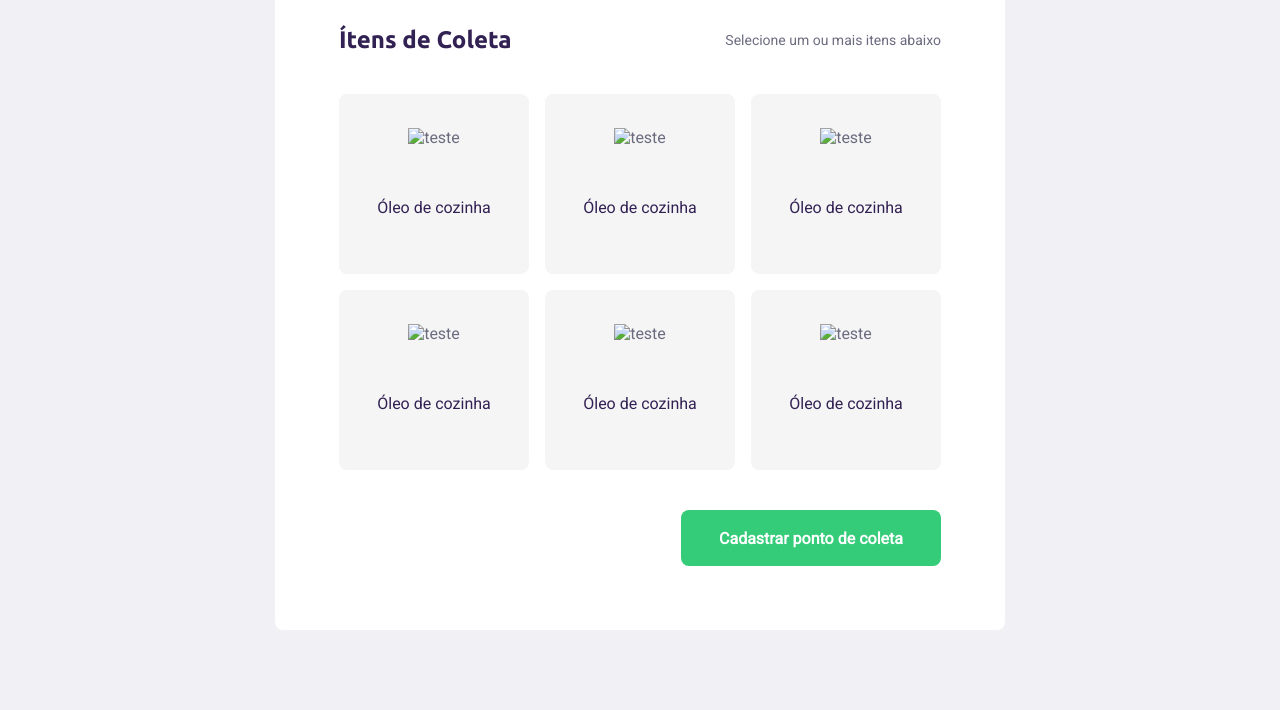
Repository: DavidSamerson/NLW_treinamento_2020
Page: /CreatePoint (app in webapp/)
These files come from the project's save history. The page is drawn as it stood at one moment and after the next save; the edit follows.
The browser window is 1280 px wide. The pictures show the part of the page from y = 1291 to 2001 px (the page is 2001 px tall before and 1625 px after).
The page's requests for data from a server got no answer. Some web libraries are served in a nearby version. The project was rebuilt for these pictures with package versions that can differ from the ones it lists, and the page was loaded fresh each time. No one was signed in, and anything a server would have sent is missing. Also part of the build but not shown: webapp/src/pages/Home/styles.css, webapp/src/pages/Home/index.tsx.

Above is the page before, as saved 2020-06-16 16:57:33.

After the next save:
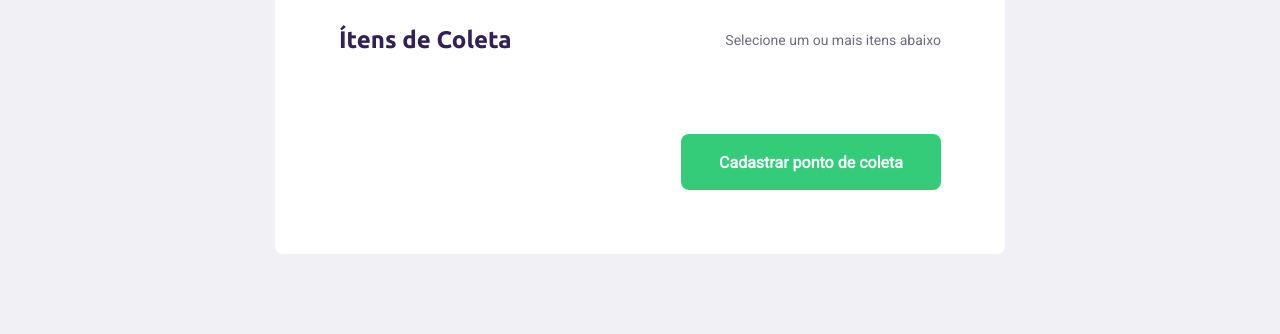
Saved 3 min 50 s later.
--- a/webapp/src/pages/CreatePoint/index.tsx
+++ b/webapp/src/pages/CreatePoint/index.tsx
@@ -112,30 +112,14 @@ const CreatePoint = () => {
                         <span>Selecione um ou mais itens abaixo</span>
                     </legend>
                     <ul className="items-grid">
-                        <li>
-                            <img src="" alt="teste"/>
-                            <span>Óleo de cozinha</span>
-                        </li>
-                        <li>
-                            <img src="" alt="teste"/>
-                            <span>Óleo de cozinha</span>
-                        </li>
-                        <li>
-                            <img src="" alt="teste"/>
-                            <span>Óleo de cozinha</span>
-                        </li>
-                        <li>
-                            <img src="" alt="teste"/>
-                            <span>Óleo de cozinha</span>
-                        </li>
-                        <li>
-                            <img src="" alt="teste"/>
-                            <span>Óleo de cozinha</span>
-                        </li>
-                        <li>
-                            <img src="" alt="teste"/>
-                            <span>Óleo de cozinha</span>
-                        </li>
+                    {items.map(item => {
+                        return (
+                            <li>
+                                <img src="" alt="teste"/>
+                                <span>Óleo de cozinha</span>
+                            </li>
+                        );
+                    })}
                     </ul>
                 </fieldset>
 
